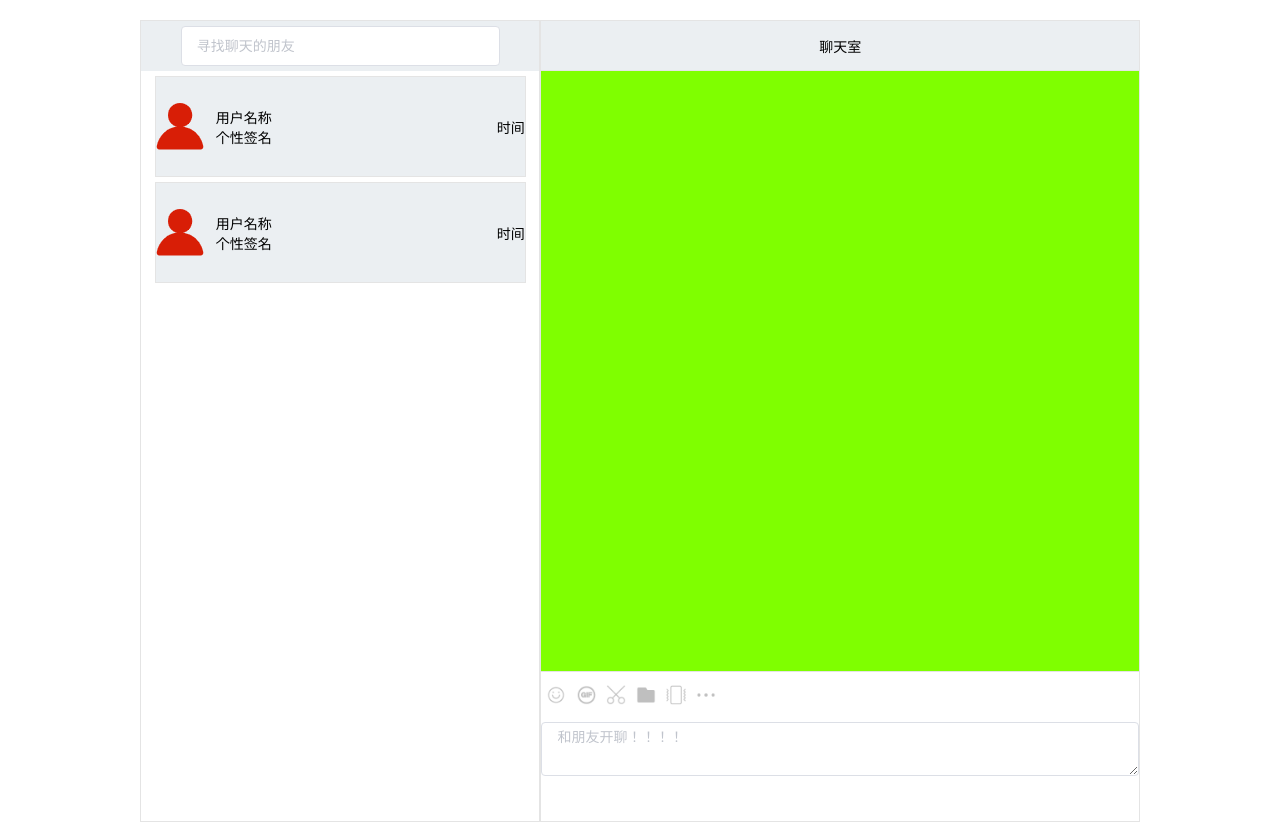
Repository: jinggegeZ/livechat
Page: /
The author's editor kept a copy of each file at every save. The page is drawn from the files as they stood at one save, then again after the next save.
The browser window is 1280 px wide. The pictures show the whole page.
The project was rebuilt for these pictures with package versions that can differ from the ones it lists, and the page was loaded fresh each time.

Above is the page before, as saved 2020-08-17 13:20:08.

### src/main.js
import Vue from 'vue'
import App from './App.vue'
import router from './router'
import store from './store'
import ElementUI from 'element-ui';
import 'element-ui/lib/theme-chalk/index.css';

Vue.config.productionTip = false
Vue.use(ElementUI);
new Vue({
  router,
  store,
  render: h => h(App)

}).$mount('#app')

### src/App.vue
<template>
  <div id="app">

    <router-view/>
  </div>
</template>

<style lang="scss">
*{
  margin: 0;
  padding: 0;
}
</style>

### src/views/Home.vue
<template>
  <div class="content">
    <div class="content-c">
      <div class="box">
        <!-- 用户信息 -->
        <div class="box1">
          <!-- 搜索用户名字 -->
          <div class="boxsearch">
          <div class="boxsearch1"><el-input v-model="input" placeholder="寻找聊天的朋友"></el-input></div>
          </div>
          <!-- 信息盒子 -->
          <div class="msgbox">
            <div class="box1-1">
              <div class="box1-1-1">
                <!-- 头像 -->
                <div class="img">
                  <img src="../../public/image/active-my.png" alt />
                </div>
                <!-- 用户信息 -->
                <div>
                  <div>用户名称</div>
                  <div>个性签名</div>
                </div>
              </div>
              <!-- 时间 -->
              <div>时间</div>
            </div>
          </div>
           <div class="msgbox">
            <div class="box1-1">
              <div class="box1-1-1">
                <!-- 头像 -->
                <div class="img">
                  <img src="../../public/image/active-my.png" alt />
                </div>
                <!-- 用户信息 -->
                <div>
                  <div>用户名称</div>
                  <div>个性签名</div>
                </div>
              </div>
              <!-- 时间 -->
              <div>时间</div>
            </div>
          </div>
        </div>
        <!-- 聊天信息 -->
        <div class="box2">
          <div class="box2-1">
            <div class="box2-1-top">聊天室</div>
            <div class="box2-1-body"></div>
          </div>
          <div class="box2-2">
            <div class="box2-2-1">
              <div>
                <img class="img1" src="../../public/image/small.png" alt />
              </div>
              <div>
                <img class="img1" src="../../public/image/GIF.png" alt />
              </div>
              <div>
                <img class="img1" src="../../public/image/chose.png" alt />
              </div>
              <div>
                <img class="img1" src="../../public/image/word.png" alt />
              </div>
              <div>
                <img class="img1" src="../../public/image/move.png" alt />
              </div>
              <div>
                <img class="img1" src="../../public/image/more.png" alt />
              </div>
            </div>
            <div class="box2-2-2">
              <el-input
                type="textarea"
                v-model="textarea"
                placeholder="和朋友开聊！！！！"
                :autosize="{ minRows: 2, maxRows: 4}"
              ></el-input>
            </div>
            <div class="box2-2-3">
                <div></div>
            </div>
          </div>
        </div>
      </div>
    </div>
  </div>
</template>

<script>
export default {
  name: "",
  props: {},
  components: {},
  data() {
    return {
      input: "",
      textarea: "",
    };
  },
  methods: {},
  mounted() {},
  watch: {},
  computed: {},
};
</script>

<style scoped lang='scss'>
.content {
  width: 100%;
  display: flex;
  justify-content: center;
  font-size: 14px;
}
.content-c {
  width: 95%;
  display: flex;
  justify-content: center;
  align-items: center;
}
.box {
  width: 1000px;
  height: 800px;
  background: white;
  display: flex;
  margin-top: 20px;

}
.box1 {
  flex: 4;
  height: 100%;
  border: 1px solid rgb(228, 228, 228);

}
.boxsearch {
  width: 100%;
  height: 50px;
  display: flex;
  justify-content: center;
  align-items: center;
  background: rgb(235,239,242);
}
.boxsearch1 {
  width: 80%;
  height: 40px;
}
.msgbox {
  display: flex;
  justify-content: center;
  margin-bottom: 5px;
  margin: 5px;
}
.box1-1 {
  width: 95%;
  height: 99px;
  border: 1px solid rgb(228, 228, 228);
  display: flex;
  align-items: center;
  justify-content: space-between;
  background: rgb(235,239,242);
}
.box1-1-1 {
  display: flex;
  align-items: center;
  height: 100%;
}
.img {
  width: 50px;
  height: 50px;
  border-radius: 50%;
  margin-right: 10px;
}
.img1 {
  width: 20px;
  height: 20px;
  margin: 5px;
}
.box2 {
  flex: 6;
  height: 100%;
  position: relative;
  border: 1px solid rgb(228, 228, 228);
}
.box2-2 {
  position: absolute;
  bottom: 0;
  width: 100%;
  height: 149px;
  z-index: 1;
  border-top: 1px solid rgb(228, 228, 228);
}
.box2-1-top {
  width: 100%;
  height: 49px;
  border-bottom: 1px solid rgb(228, 228, 228);
  display: flex;
  justify-content: center;
  align-items: center;
  background: rgb(235, 239, 242);
}
.box2-1-body {
  width: 100%;
  height: 600px;
  background: chartreuse;
}
.box2-2-1 {
  width: 100%;
  height: 50px;
  display: flex;
  align-items: center;
}
.box2-2-2 {
  width: 100%;
  height: 60px;
}
.box2-2-3 {
  width: 100%;
  height: 40px;
  display: flex;
  align-items: center;
  justify-content: flex-end;
}
</style>

Loaded but not shown: public/index.html (common file); src/router/index.js (common file); src/store/index.js (common file)

After the next save:
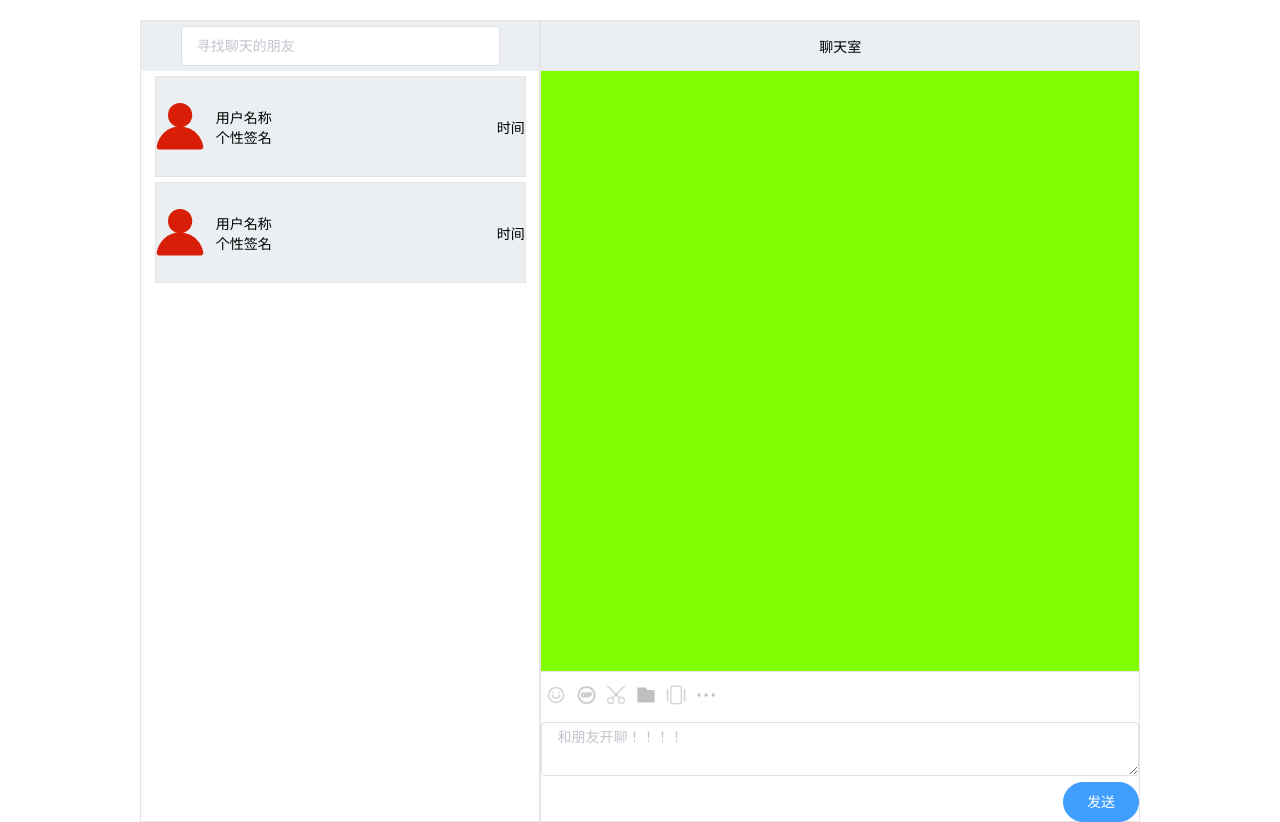
Saved 29 s later.
--- a/src/views/Home.vue
+++ b/src/views/Home.vue
@@ -80,7 +80,7 @@
               ></el-input>
             </div>
             <div class="box2-2-3">
-                <div></div>
+                <div> <el-button type="primary" round>发送</el-button></div>
             </div>
           </div>
         </div>
